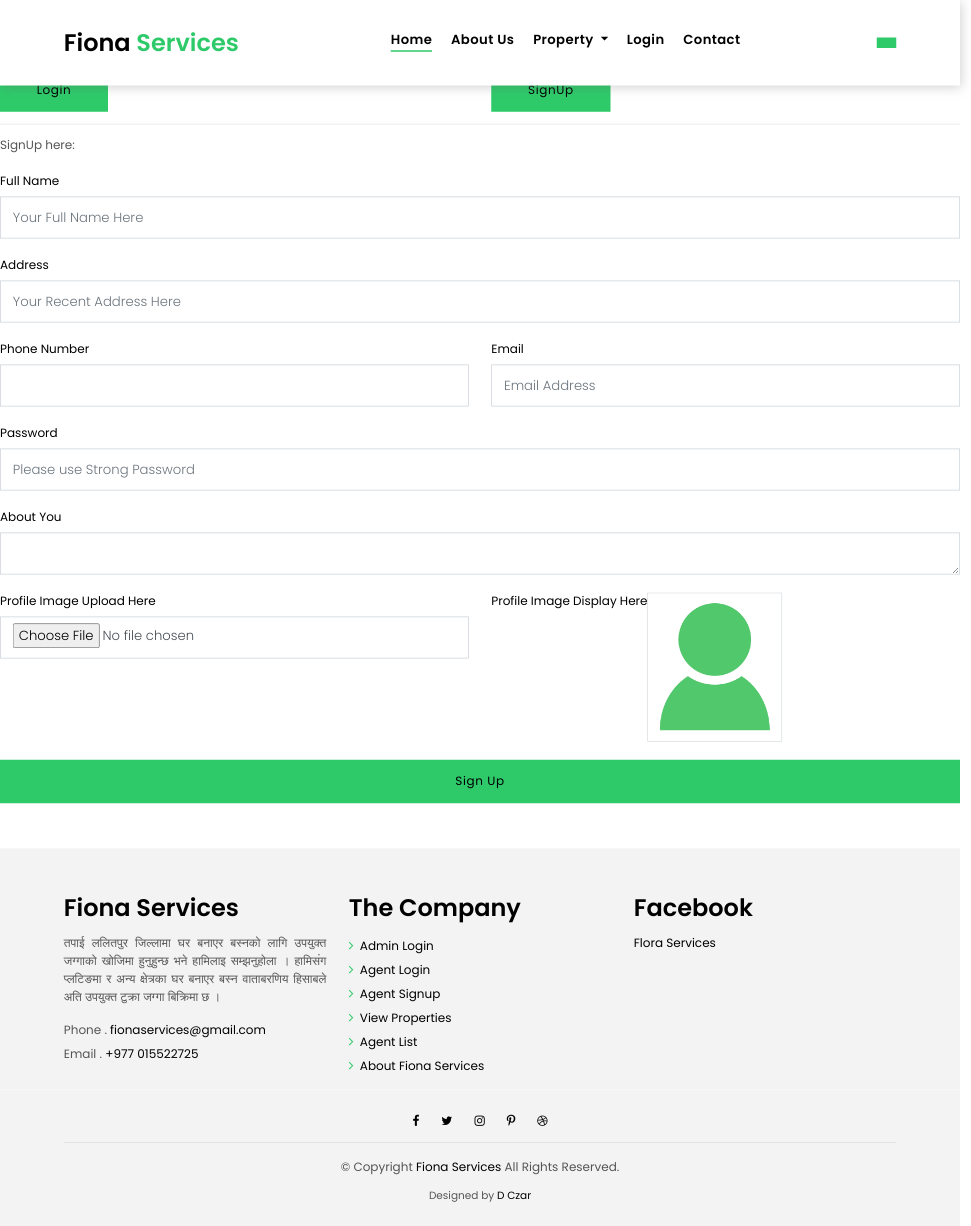
Repository: Sjuicyy/realstate
Page: http://localhost/Add-Property.php
These files come from the project's save history. The page is drawn as it stood at one moment and after the next save; the edit follows.
The browser window is 1280 px wide. The page is 1295 px wide, so the pictures cover 1295 px, including what lies to the right of the window. The pictures show the whole page, at 75% of full size.
The page is run by PHP 8.4 with error messages shown; the project is at /var/www/html/.

Above is the page before, as saved 2022-10-13 14:33:51.

### Add-Property.php
<!DOCTYPE html>
<html lang="en">

<head>
  <meta charset="utf-8">
  <title>Fiona Services</title>
  <meta content="width=device-width, initial-scale=1.0" name="viewport">
  <meta content="" name="keywords">
  <meta content="" name="description">

  <!-- Favicons -->
  <link href="img/favicon.png" rel="icon">
  <link href="img/apple-touch-icon.png" rel="apple-touch-icon">

  <!-- Google Fonts -->
  <link href="https://fonts.googleapis.com/css?family=Poppins:300,400,500,600,700" rel="stylesheet">

  <!-- Bootstrap CSS File -->
  <link href="lib/bootstrap/css/bootstrap.min.css" rel="stylesheet">

  <!-- Libraries CSS Files -->
  <link href="lib/font-awesome/css/font-awesome.min.css" rel="stylesheet">
  <link href="lib/animate/animate.min.css" rel="stylesheet">
  <link href="lib/ionicons/css/ionicons.min.css" rel="stylesheet">
  <link href="lib/owlcarousel/assets/owl.carousel.min.css" rel="stylesheet">

  <!-- Main Stylesheet File -->
  <link href="css/style.css" rel="stylesheet">

  <!-- =======================================================
    Theme Name: EstateAgency
    Theme URL: https://bootstrapmade.com/real-estate-agency-bootstrap-template/
    Author: BootstrapMade.com
    License: https://bootstrapmade.com/license/
  ======================================================= -->
</head>
<div id="fb-root"></div>
<script async defer crossorigin="anonymous" src="https://connect.facebook.net/en_US/sdk.js#xfbml=1&version=v14.0"
  nonce="0jwGYLXn"></script>


<body>

  <div class="click-closed"></div>
  <!--/ Form Search Star /-->

  </div>
  <!-- / Form Search End /-->

  <!--/ Nav Star /-->
  <nav class="navbar navbar-default navbar-trans navbar-expand-lg fixed-top">
    <div class="container">
      <button class="navbar-toggler collapsed" type="button" data-toggle="collapse" data-target="#navbarDefault"
        aria-controls="navbarDefault" aria-expanded="false" aria-label="Toggle navigation">
      </button>
      <a class="navbar-brand text-brand" href="index.php">Fiona<span class="color-b"> Services</span></a>
      <button type="button" class="btn btn-link nav-search navbar-toggle-box-collapse d-md-none" data-toggle="collapse"
        data-target="#navbarTogglerDemo01" aria-expanded="false" title="Agent Space">

      </button>
      <div class="navbar-collapse collapse justify-content-center" id="navbarDefault">
        <ul class="navbar-nav">
          <li class="nav-item">
            <a class="nav-link active" href="index.php">Home</a>
          </li>
          <li class="nav-item">
            <a class="nav-link" href="about.php">About Us</a>
          </li>
          <li class="nav-item dropdown">
            <a class="nav-link dropdown-toggle" href="#" id="navbarDropdown" role="button" data-toggle="dropdown"
              aria-haspopup="true" aria-expanded="false">
              Property
            </a>
            <div class="dropdown-menu" aria-labelledby="navbarDropdown">
              <a class="dropdown-item" href="property-single.php">Property Single</a>
              <a class="dropdown-item" href="property-grid.php">Property List</a>
            </div>
          </li>

          <!-- <li class="nav-item">
                     <a class="nav-link" href="blog-grid.html">Blog</a>
                   </li> -->
          <li class="nav-item">
            <a class="nav-link" href="Login.php">Login</a>
          </li>
          <li class="nav-item">
            <a class="nav-link" href="contact.php">Contact</a>
          </li>
        </ul>
      </div>
      <button type="button" class="btn btn-b-n navbar-toggle-box-collapse d-none d-md-block" data-toggle="collapse"
        data-target="#navbarTogglerDemo01" aria-expanded="false" title="Agent Space">
      </button>
    </div>
  </nav>
  <!--/ Nav End /-->











  <div class="">
    <div class="title-box-d">
      <h3 class="title-d">Welcome to Agent Space</h3>
    </div>
    <span class=""></span>
    <div class=" form">
      <div class="row">
        <div class="col">
          <a href="#modal1">
            <button type="submit" class="btn btn-b">Login</button>
          </a>
        </div>
        <div class="col">
          <a href="#modal2">
            <button type="submit" class="btn btn-b ">SignUp</button>
          </a>
        </div>
      </div>
      <hr>
      <div id="modal2">
        <form class="form-a" action="agentsave.php" method="POST" enctype="multipart/form-data">
          <div class="row">
            <div class="col-md-12 mb-2">
              SignUp here: <br><br>
              <div class="form-group">
                <label for="Type">Full Name</label>
                <input type="text" class="form-control form-control-lg form-control-a" placeholder="Your Full Name Here"
                  name="Name">
              </div>
            </div>
            <div class="col-md-12 mb-2">
              <div class="form-group">
                <label for="Type">Address</label>
                <input type="text" class="form-control form-control-lg form-control-a"
                  placeholder="Your Recent Address Here" name="Address">
              </div>
            </div>
            <div class="col-md-6 mb-2">
              <div class="form-group">
                <label for="city">Phone Number</label>
                <input type="number" class="form-control form-control-lg form-control-a" name="Phone">
              </div>
            </div>
            <div class="col-md-6 mb-2">
              <div class="form-group">
                <label for="bedrooms">Email</label>
                <input type="email" class="form-control form-control-lg form-control-a" placeholder="Email Address"
                  name="Email">
              </div>
            </div>
            <div class="col-md-12 mb-2">
              <div class="form-group">
                <label for="garages">Password</label>
                <input type="password" class="form-control form-control-lg form-control-a"
                  placeholder="Please use Strong Password" name="Password">
              </div>
            </div>
            <div class="col-md-12 mb-2">
              <div class="form-group">
                <label for="bathrooms">About You</label>
                <textarea class="form-control form-control-lg form-control-a" id="bathrooms" name="Detail">
              </textarea>
              </div>
            </div>
            <div class="col-md-6 mb-2">
              <div class="form-group">
                <label for="price">Profile Image Upload Here</label>
                <input type="file" class="form-control form-control-lg form-control-a" onchange="readURL(this);"
                  name="Photo">
              </div>
            </div>
            <div class="col-md-6 mb-2">
              <div class="form-group text-center">
                <label for="price" style="float: left">Profile Image Display Here</label>
                <img src="img/user.png" id="blah" class="form-control"
                  style="max-width:180px;width: 100%;height: auto;" />
              </div>
            </div>
            <div class="col-md-12">
              <button type="submit" name="submit" class="btn btn-b" style="width: 100%;">Sign Up</button>
            </div>
          </div>
        </form>
      </div>

    </div>


















    <!--/ footer Star /-->
    <section class="section-footer">
      <div class="container">
        <div class="row">
          <div class="col-sm-12 col-md-4">
            <div class="widget-a">
              <div class="w-header-a">
                <h3 class="w-title-a text-brand">Fiona Services</h3>
              </div>
              <div class="w-body-a">
                <p class="w-text-a color-text-a" align="justify">
                  तपाई ललितपुर जिल्लामा घर बनाएर बस्नको लागि उपयुक्त जग्गाको खोजिमा हुनुहुन्छ भने हामिलाइ सम्झनुहोला ।
                  हामिसंग प्लटिङमा र अन्य क्षेत्रका घर बनाएर बस्न वाताबरणिय हिसाबले अति उपयुक्त टुक्रा जग्गा बिक्रिमा छ
                  ।
                </p>
              </div>
              <div class="w-footer-a">
                <ul class="list-unstyled">
                  <li class="color-a">
                    <span class="color-text-a">Phone .</span> fionaservices@gmail.com
                  </li>
                  <li class="color-a">
                    <span class="color-text-a">Email .</span> +977 015522725
                  </li>
                </ul>
              </div>
            </div>
          </div>
          <div class="col-sm-12 col-md-4 section-md-t3">
            <div class="widget-a">
              <div class="w-header-a">
                <h3 class="w-title-a text-brand">The Company</h3>
              </div>
              <div class="w-body-a">
                <div class="w-body-a">
                  <ul class="list-unstyled">
                    <li class="item-list-a">
                      <i class="fa fa-angle-right"></i> <a href="#">Admin Login</a>
                    </li>
                    <li class="item-list-a">
                      <i class="fa fa-angle-right"></i> <a href="#">Agent Login</a>
                    </li>
                    <li class="item-list-a">
                      <i class="fa fa-angle-right"></i> <a href="#">Agent Signup</a>
                    </li>
                    <li class="item-list-a">
                      <i class="fa fa-angle-right"></i> <a href="#">View Properties</a>
                    </li>
                    <li class="item-list-a">
                      <i class="fa fa-angle-right"></i> <a href="#">Agent List</a>
                    </li>
                    <li class="item-list-a">
                      <i class="fa fa-angle-right"></i> <a href="#">About Fiona Services</a>
                    </li>
                  </ul>
                </div>
              </div>
            </div>
          </div>
          <div class="col-sm-12 col-md-4 section-md-t3">
            <div class="widget-a">
              <div class="w-header-a">
                <h3 class="w-title-a text-brand">Facebook</h3>
              </div>
              <div class="w-body-a">
                <div class="fb-page" data-href="https://www.facebook.com/floraservices2070" data-tabs="timeline"
                  data-width="" data-height="110" data-small-header="false" data-adapt-container-width="true"
                  data-hide-cover="false" data-show-facepile="false">
                  <blockquote cite="https://www.facebook.com/floraservices2070" class="fb-xfbml-parse-ignore"><a
                      href="https://www.facebook.com/floraservices2070">Flora Services</a></blockquote>
                </div>
              </div>
            </div>
          </div>
        </div>
      </div>
    </section>
    <footer>
      <div class="container">
        <div class="row">
          <div class="col-md-12">

            <div class="socials-a">
              <ul class="list-inline">
                <li class="list-inline-item">
                  <a href="#">
                    <i class="fa fa-facebook" aria-hidden="true"></i>
                  </a>
                </li>
                <li class="list-inline-item">
                  <a href="#">
                    <i class="fa fa-twitter" aria-hidden="true"></i>
                  </a>
                </li>
                <li class="list-inline-item">
                  <a href="#">
                    <i class="fa fa-instagram" aria-hidden="true"></i>
                  </a>
                </li>
                <li class="list-inline-item">
                  <a href="#">
                    <i class="fa fa-pinterest-p" aria-hidden="true"></i>
                  </a>
                </li>
                <li class="list-inline-item">
                  <a href="#">
                    <i class="fa fa-dribbble" aria-hidden="true"></i>
                  </a>
                </li>
              </ul>
            </div>
            <div class="copyright-footer">
              <p class="copyright color-text-a">
                &copy; Copyright
                <span class="color-a">Fiona Services</span> All Rights Reserved.
              </p>
            </div>
            <div class="credits">

              Designed by <a href="https://pritambajagain.com.np/">D Czar</a>
            </div>
          </div>
        </div>
      </div>
    </footer>
    <!--/ Footer End /-->

    <a href="#" class="back-to-top"><i class="fa fa-chevron-up"></i></a>
    <div id="preloader"></div>

    <!-- JavaScript Libraries -->
    <script>
      function readURL(input) {
        if (input.files && input.files[0]) {
          var reader = new FileReader();

          reader.onload = function (e) {
            $('#blah')
              .attr('src', e.target.result);
          };

          reader.readAsDataURL(input.files[0]);
        }
      }
    </script>
    <script src="lib/jquery/jquery.min.js"></script>
    <script src="lib/jquery/jquery-migrate.min.js"></script>
    <script src="lib/popper/popper.min.js"></script>
    <script src="lib/bootstrap/js/bootstrap.min.js"></script>
    <script src="lib/easing/easing.min.js"></script>
    <script src="lib/owlcarousel/owl.carousel.min.js"></script>
    <script src="lib/scrollreveal/scrollreveal.min.js"></script>
    <!-- Contact Form JavaScript File -->
    <script src="contactform/contactform.js"></script>

    <!-- Template Main Javascript File -->
    <script src="js/main.js"></script>

</body>

</html>

Loaded but not shown: lib/bootstrap/css/bootstrap.min.css (library); lib/font-awesome/css/font-awesome.min.css (library); lib/animate/animate.min.css (library); lib/ionicons/css/ionicons.min.css (library); lib/owlcarousel/assets/owl.carousel.min.css (library); lib/jquery/jquery.min.js (library); lib/jquery/jquery-migrate.min.js (library); lib/popper/popper.min.js (library); lib/bootstrap/js/bootstrap.min.js (library); lib/easing/easing.min.js (common file); lib/owlcarousel/owl.carousel.min.js (library); lib/scrollreveal/scrollreveal.min.js (library); js/main.js (150 lines, source omitted); contactform/contactform.js (118 lines, source omitted); css/style.css (2025 lines, source omitted)

After the next save:
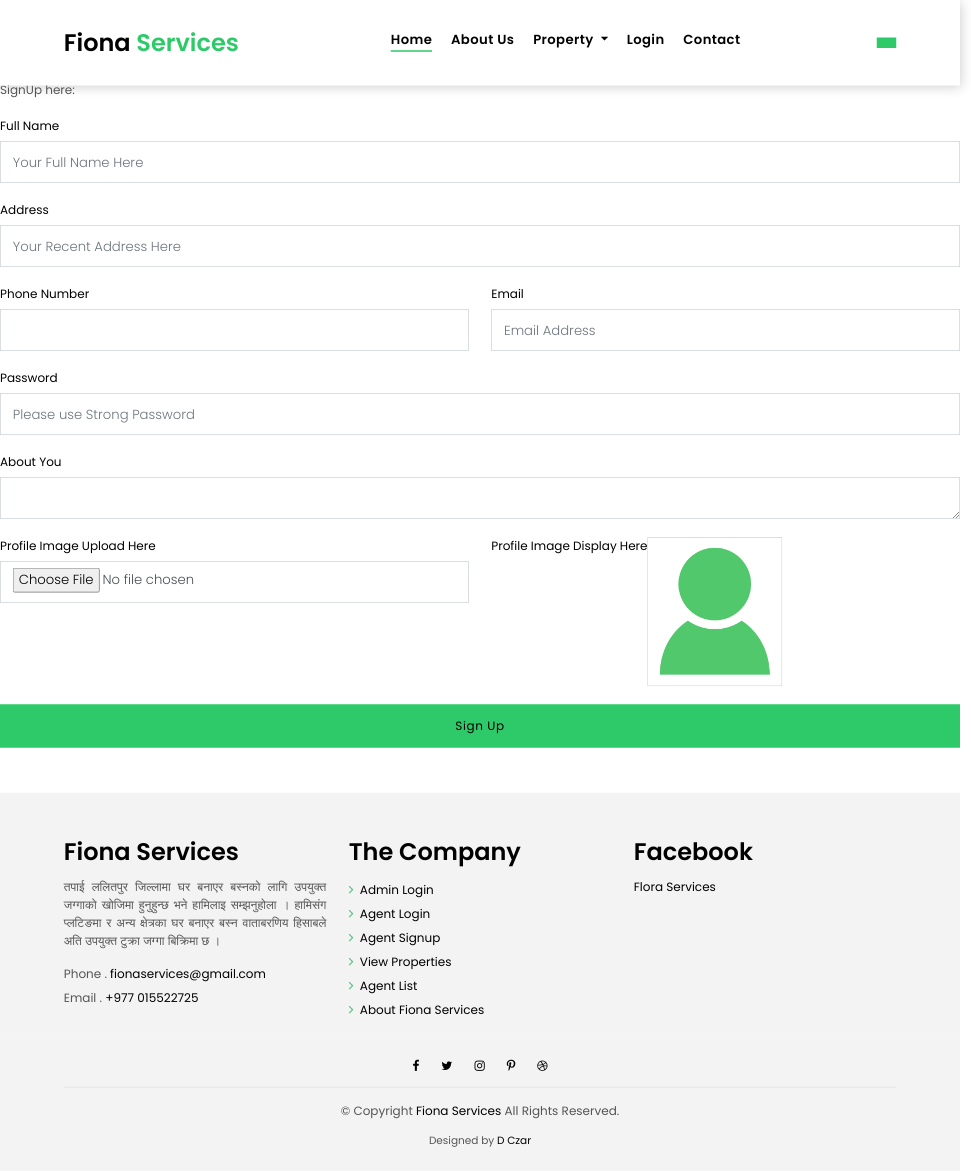
Saved 28 s later.
--- a/Add-Property.php
+++ b/Add-Property.php
@@ -111,18 +111,7 @@
     </div>
     <span class=""></span>
     <div class=" form">
-      <div class="row">
-        <div class="col">
-          <a href="#modal1">
-            <button type="submit" class="btn btn-b">Login</button>
-          </a>
-        </div>
-        <div class="col">
-          <a href="#modal2">
-            <button type="submit" class="btn btn-b ">SignUp</button>
-          </a>
-        </div>
-      </div>
+
       <hr>
       <div id="modal2">
         <form class="form-a" action="agentsave.php" method="POST" enctype="multipart/form-data">
